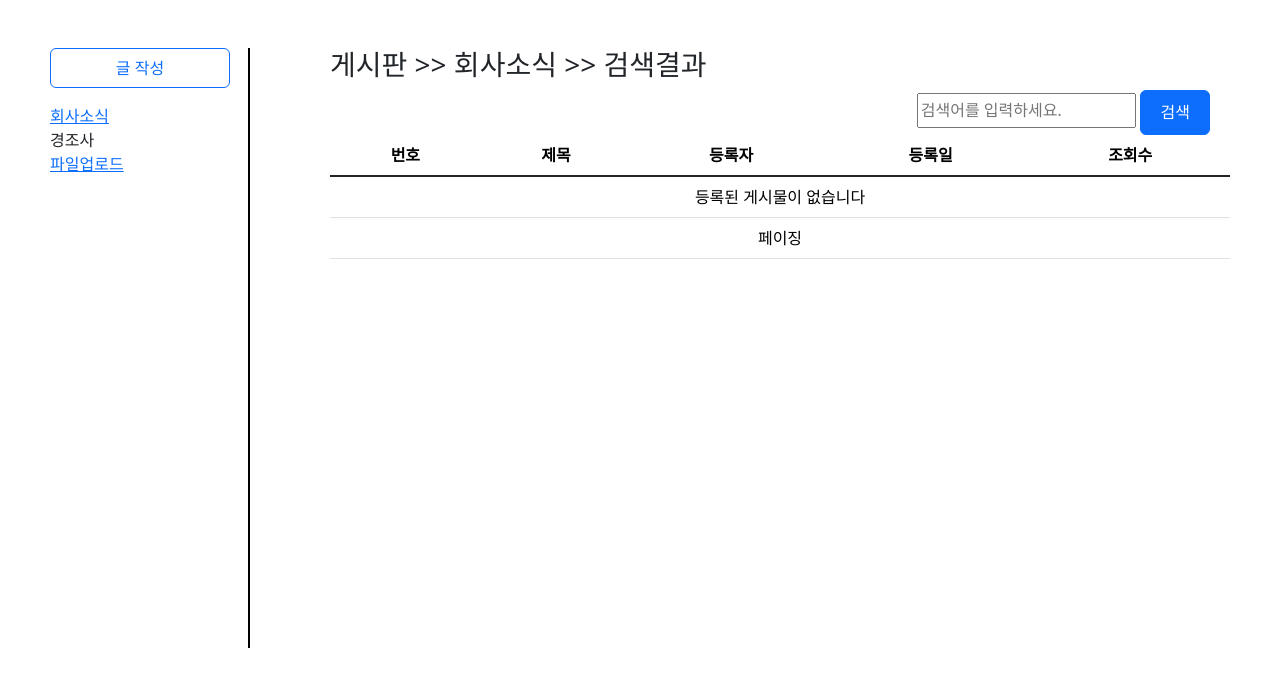
Repository: KimDongGyuu/final
Page: http://localhost/aceworks/WEB-INF/views/company_news/company_news_Search.jsp
These files come from the project's save history. The page is drawn as it stood at one moment and after the next save; the edit follows.
The browser window is 1280 px wide. The pictures show the whole page.
The page is served by Tomcat 9. Nobody is signed in. Other server files are loaded and not shown. The template is opened directly, without the code that normally fills it, so the values that code supplies are empty.

Above is the page before, as saved 2024-03-17 04:32:23.

### aceworks/src/main/webapp/WEB-INF/views/company_news/company_news_Search.jsp
<%@ page language="java" contentType="text/html; charset=UTF-8"
    pageEncoding="UTF-8"%>
<%@ include file="/WEB-INF/views/include/style.jsp"%>
<%@ taglib uri="http://java.sun.com/jsp/jstl/core" prefix="c"%>
<!DOCTYPE html>
<html>
<head>
<meta charset="UTF-8">
<title>Insert title here</title>
<style>
#left {
	width: 200px;
	height: 600px;
	float: left;
	border-right: 2px solid black;
	margin-left: 50px;
}

#right {
	width: 900px;
	height: 600px;
	margin-left: 330px;
}

#bt {
	width: 180px;
	height: 40px;
}

#Sbt {
	width: 70px;
	height: 45px;
}

h3 {
	text-align: center;
}
</style>
</head>
<body>
	<div>
		<div id="left">
			<button id="bt" type="button" class="btn btn-outline-primary"
				onclick="location.href='company_news_Writeform.do';">글 작성</button>
<div class="mt-3"><a href="company_news_List.do">회사소식</a> <br> 경조사 <br><a href="fileUploadForm.do">파일업로드</a></div>
		</div>
		<div id="right">
		<div class="mt-5 mb-2"><span class="h3">게시판 &gt;&gt; 회사소식 &gt;&gt; 검색결과</span></div>

<div class="mt-2 d-flex gap-2 justify-content-end">
    <form action="company_newsSearch.do">
        <input type="text" id="searchKeyword" name="keyword" placeholder="검색어를 입력하세요." style="width:70%; height: 35px;">
        <button id="Sbt" type="submit" class="btn btn btn-primary">검색</button>
    </form>
</div>
			<table width="1000" cellspacing="0" class="table table-hover">
				<thead>
					<tr align="center">
						<th scope="col">번호</th>
						<th scope="col">제목</th>
						<th scope="col">등록자</th>
						<th scope="col">등록일</th>
						<th scope="col">조회수</th>
					</tr>
				</thead>

				<tbody class="table-group-divider">
					<c:if test="${empty lists }">
						<tr>
							<td colspan="5" align="center">등록된 게시물이 없습니다</td>
						</tr>
					</c:if>

					<c:forEach var="dto" items="${lists }">
						<tr class="text-center">
							<th scope="row">${dto.news_idx }</th>
							<c:url var="company_newsContentUrl"
								value="company_news_Content.do">
								<c:param name="news_idx">${dto.news_idx }</c:param>
							</c:url>
							<td><a href="${company_newsContentUrl }">${dto.news_title }</a></td>
							<td>${dto.news_writer }</td>
							<td>${dto.news_writedate }</td>
							<td>${dto.news_readnum }</td>
						</tr>
					</c:forEach>
				</tbody>

				<tfoot>
					<tr>
						<td colspan="5" align="center">페이징</td>
					</tr>
				</tfoot>
			</table>
		</div>
	</div>
</body>
</html>

### aceworks/src/main/webapp/WEB-INF/views/include/style.jsp
<%@ page language="java" contentType="text/html; charset=UTF-8"
    pageEncoding="UTF-8"%>
<!DOCTYPE html>
<html>
<head>
<meta charset="UTF-8">
<title>Insert title here</title>
<link
   href="https://cdn.jsdelivr.net/npm/bootstrap@5.3.3/dist/css/bootstrap.min.css"
   rel="stylesheet"
   integrity="sha384-QWTKZyjpPEjISv5WaRU9OFeRpok6YctnYmDr5pNlyT2bRjXh0JMhjY6hW+ALEwIH"
   crossorigin="anonymous">
<script
   src="https://cdn.jsdelivr.net/npm/bootstrap@5.3.3/dist/js/bootstrap.bundle.min.js"
   integrity="sha384-YvpcrYf0tY3lHB60NNkmXc5s9fDVZLESaAA55NDzOxhy9GkcIdslK1eN7N6jIeHz"
   crossorigin="anonymous"></script>
<script
   src="https://cdn.jsdelivr.net/npm/@popperjs/core@2.11.8/dist/umd/popper.min.js"
   integrity="sha384-I7E8VVD/ismYTF4hNIPjVp/Zjvgyol6VFvRkX/vR+Vc4jQkC+hVqc2pM8ODewa9r"
   crossorigin="anonymous"></script>
<script
   src="https://cdn.jsdelivr.net/npm/bootstrap@5.3.3/dist/js/bootstrap.min.js"
   integrity="sha384-0pUGZvbkm6XF6gxjEnlmuGrJXVbNuzT9qBBavbLwCsOGabYfZo0T0to5eqruptLy"
   crossorigin="anonymous"></script>
</head>
<body>

</body>
</html>

After the next save:
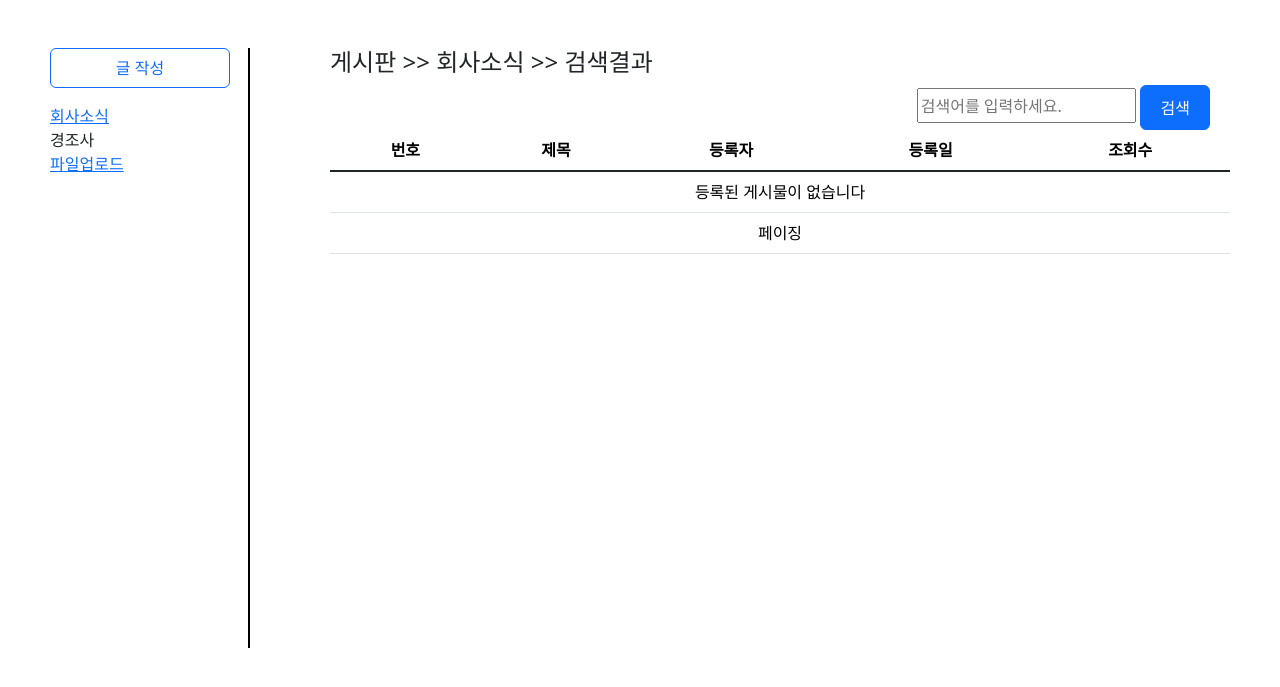
Saved 16 s later.
--- a/aceworks/src/main/webapp/WEB-INF/views/company_news/company_news_Search.jsp
+++ b/aceworks/src/main/webapp/WEB-INF/views/company_news/company_news_Search.jsp
@@ -45,7 +45,7 @@ h3 {
 <div class="mt-3"><a href="company_news_List.do">회사소식</a> <br> 경조사 <br><a href="fileUploadForm.do">파일업로드</a></div>
 		</div>
 		<div id="right">
-		<div class="mt-5 mb-2"><span class="h3">게시판 &gt;&gt; 회사소식 &gt;&gt; 검색결과</span></div>
+		<div class="mt-5 mb-2"><span class="h4">게시판 &gt;&gt; 회사소식 &gt;&gt; 검색결과</span></div>
 
 <div class="mt-2 d-flex gap-2 justify-content-end">
     <form action="company_newsSearch.do">
